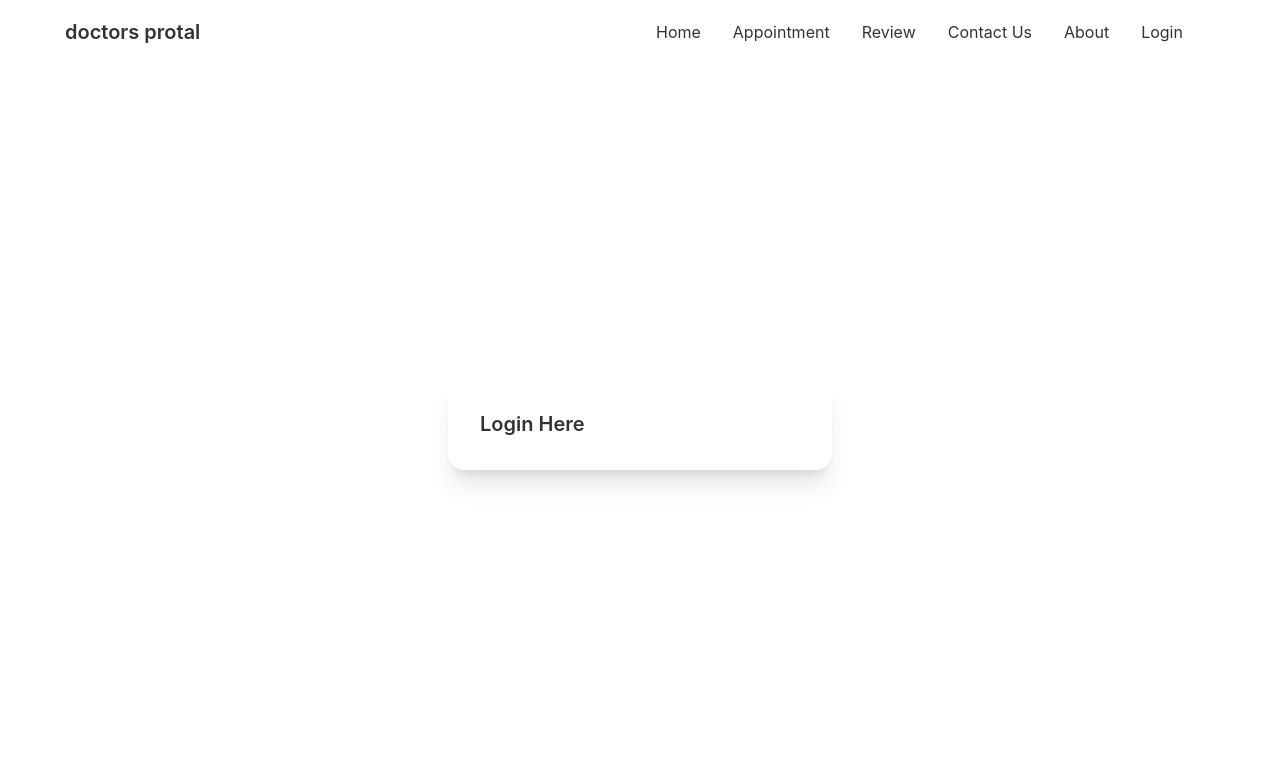
Repository: mdrubel02/doctor-protal
Page: /login
These files come from the project's save history. The page is drawn as it stood at one moment and after the next save; the edit follows.
The browser window is 1280 px wide. The pictures show the whole page.
The project was rebuilt for these pictures with package versions that can differ from the ones it lists, and the page was loaded fresh each time. Also part of the build but not shown: src/App.css, src/Pages/About/About.js, src/Pages/Shared/Footer/Footer.js, src/Pages/Appointment/AppointmentBanner.js, src/Pages/Appointment/BookingModal.js, src/Pages/Appointment/Service.js, src/Pages/Appointment/AvailableAppointment.js, src/Pages/Appointment/Appointment.js and 2 more. Imported but missing from the stored project, and not drawn on this page: src/Pages/Contact/Contact.

Above is the page before, as saved 2022-05-14 16:11:28.

### src/App.js

import { Route, Routes } from 'react-router-dom';
import './App.css';
import About from './Pages/About/About';
import Appointment from './Pages/Appointment/Appointment';
import Contact from './Pages/Contact/Contact';
import Home from './Pages/Home/Home';
import Login from './Pages/Login/Login';
import Review from './Pages/Review/Review';
import Navbar from './Pages/Shared/Navbar';

function App() {
  return (
    <div className='max-w-1xl mx-auto px-10 ' >
      <Navbar></Navbar>
      <Routes>
        <Route path='/' element={<Home/>}/>
        <Route path='/about' element={<About/>}/>
        <Route path='/appointment' element={<Appointment/>}/>
        <Route path='/review' element={<Review/>}/>
        <Route path='/contact' element={<Contact/>}/>
        <Route path='/login' element={<Login/>}/>
      </Routes>
    </div>
  );
}

export default App;

### src/Pages/Login/Login.js
import React from 'react';

const Login = () => {
    return (
        <div className='flex justify-center items-center min-h-screen'>
            <div className="card w-96 bg-base-100 shadow-xl">
                <div className="card-body">
                    <h2 className="card-title">Login Here</h2>

                </div>
            </div>
        </div>
    );
};

export default Login;

### src/Pages/Shared/Navbar.js
import React from 'react';
import { Link } from 'react-router-dom';

const Navbar = () => {
    const menuItems = <>
        <li><Link to='/'>Home</Link></li>
        <li><Link to='/appointment'>Appointment</Link></li>
        <li><Link to='/review'>Review</Link></li>
        <li><Link to='/contact'>Contact Us</Link></li>
        <li><Link to='/about'>About</Link></li>
        <li><Link to='login'>Login</Link></li>
    </>
    return (
        <div className="navbar bg-base-100">
            <div className="navbar-start">
                <div className="dropdown">
                    <label tabindex="0" className="btn btn-ghost lg:hidden">
                        <svg xmlns="http://www.w3.org/2000/svg" className="h-5 w-5" fill="none" viewBox="0 0 24 24" stroke="currentColor"><path stroke-linecap="round" stroke-linejoin="round" stroke-width="2" d="M4 6h16M4 12h8m-8 6h16" /></svg>
                    </label>
                    <ul tabindex="0" className="menu menu-compact dropdown-content mt-3 p-2 shadow bg-base-100 rounded-box w-52">
                        {menuItems}
                    </ul>
                </div>
                <Link to='/' className="btn btn-ghost normal-case text-xl">doctors protal</Link>
            </div>
            <div className="navbar-center hidden lg:flex">
                <ul className="menu menu-horizontal p-0">
                    {menuItems}
                </ul>
            </div>

        </div>
    );
};

export default Navbar;

### tailwind.config.js
module.exports = {
  content: ["./src/**/*.{html,js}"],
  daisyui: {
    themes: [
      {
        mytheme: {
          primary: "#0FCFEC",
          secondary: "#19D3AE",
          accent: "#3A4256",
          neutral: "#3d4451",
          "base-100": "#ffffff",
        },
      },
      "dark",
      "cupcake",
    ],
  },
  plugins: [require("daisyui")],
}

Loaded but not shown: public/index.html (common file); src/index.js (common file); src/index.css (common file); src/reportWebVitals.js (common file)

After the next save:
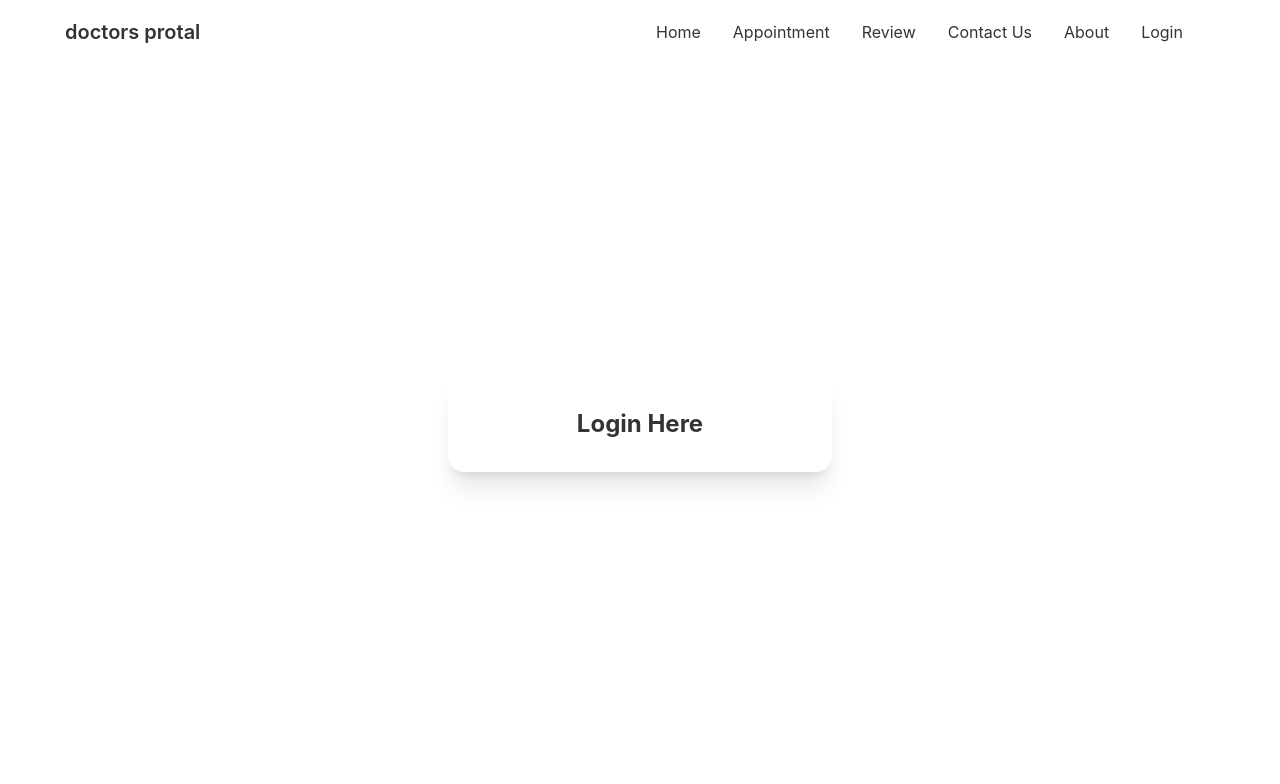
Saved 102 s later.
--- a/src/Pages/Login/Login.js
+++ b/src/Pages/Login/Login.js
@@ -5,7 +5,7 @@ const Login = () => {
         <div className='flex justify-center items-center min-h-screen'>
             <div className="card w-96 bg-base-100 shadow-xl">
                 <div className="card-body">
-                    <h2 className="card-title">Login Here</h2>
+                    <h2 className="text-center text-2xl font-bold">Login Here</h2>
 
                 </div>
             </div>
